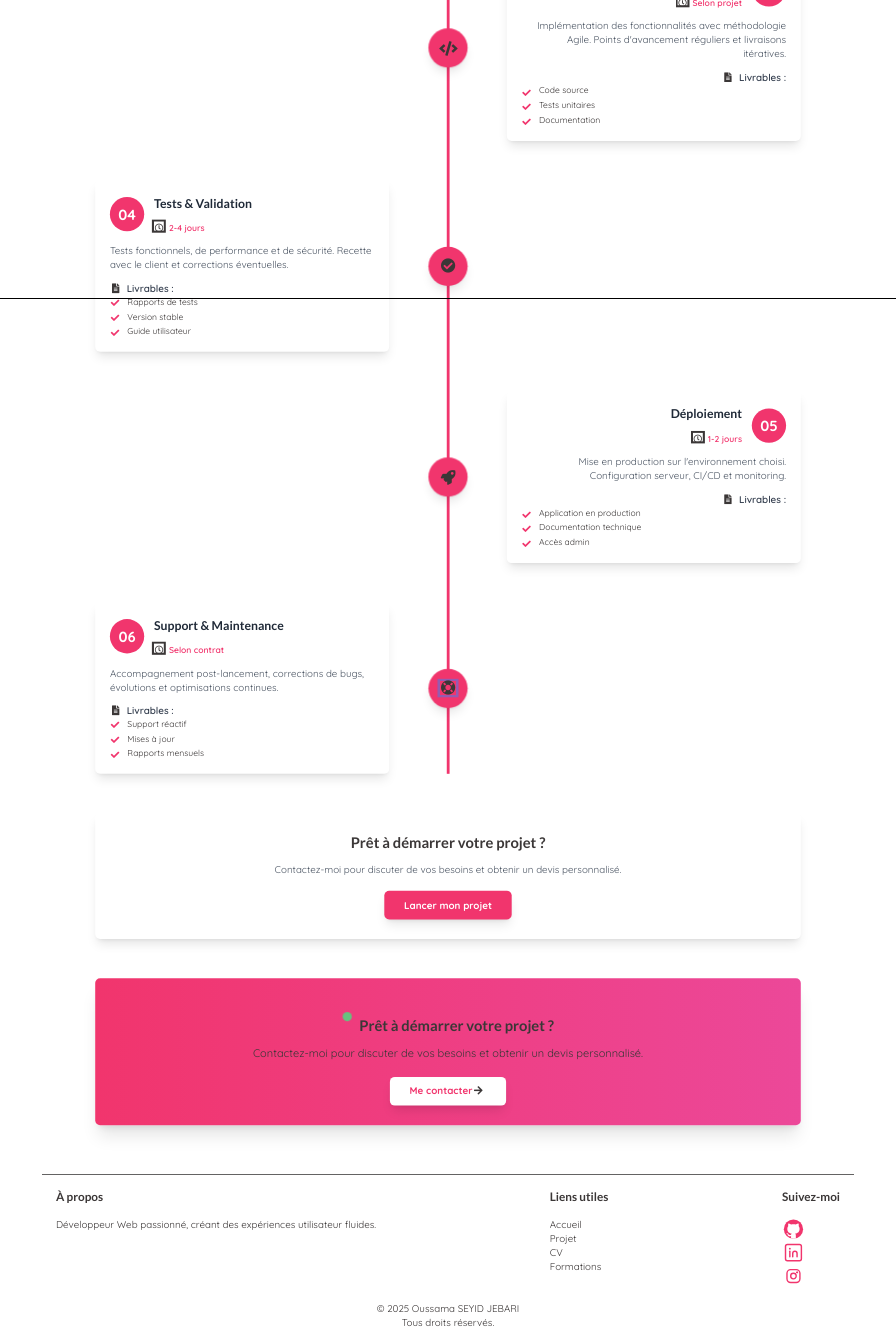
Repository: OussamSJ/Portfolio
Page: /projet
The author's editor kept a copy of each file at every save. The page is drawn from the files as they stood at one save, then again after a run of saves.
The browser window is 1280 px wide. The pictures show the part of the page from y = 2478 to 4398 px (the page is 4398 px tall before and 4162 px after), at 70% of full size.
The project was rebuilt for these pictures with package versions that can differ from the ones it lists, and the page was loaded fresh each time. Also part of the build but not shown: src/ContactForm.js, src/Services.js, src/Badgescertifications.js, src/Home.js, src/Cv.js, src/Expcomponent.js, src/Experiences.js, src/FormationComponent.js and 6 more.

Above is the page before, as saved 2026-02-06 18:12:34.

After the next 2 saves:
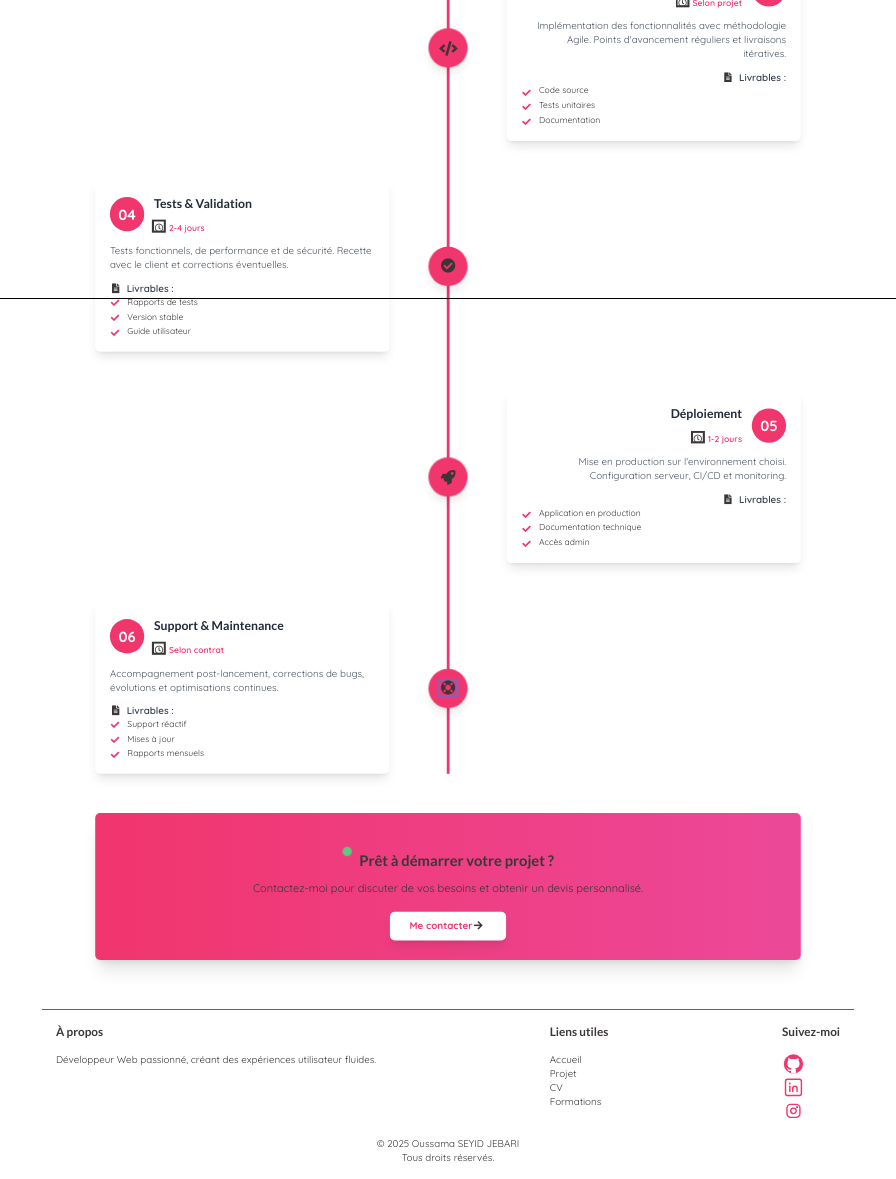
The 2 saves are shown as one change because 1 did not build or start.
The last was saved 48 s later.
--- a/src/Processus.js
+++ b/src/Processus.js
@@ -138,19 +138,7 @@ export default function Processus() {
           })}
         </div>
 
-        {/* Call to Action */}
-        <div className="text-center mt-12 bg-white p-8 rounded-lg shadow-lg">
-          <h3 className="text-2xl font-bold mb-4">Prêt à démarrer votre projet ?</h3>
-          <p className="text-gray-600 mb-6">
-            Contactez-moi pour discuter de vos besoins et obtenir un devis personnalisé.
-          </p>
-          <a
-            href="#contact"
-            className="inline-block bg-primary text-white font-bold py-3 px-8 rounded-lg hover:bg-blue-900 transition- duration-300 shadow-lg hover:text-ellipsis hover:shadow-xl"
-          >
-            Lancer mon projet
-          </a>
-        </div>
+
       </div>
        {/* Call to Action */}
         <motion.div
